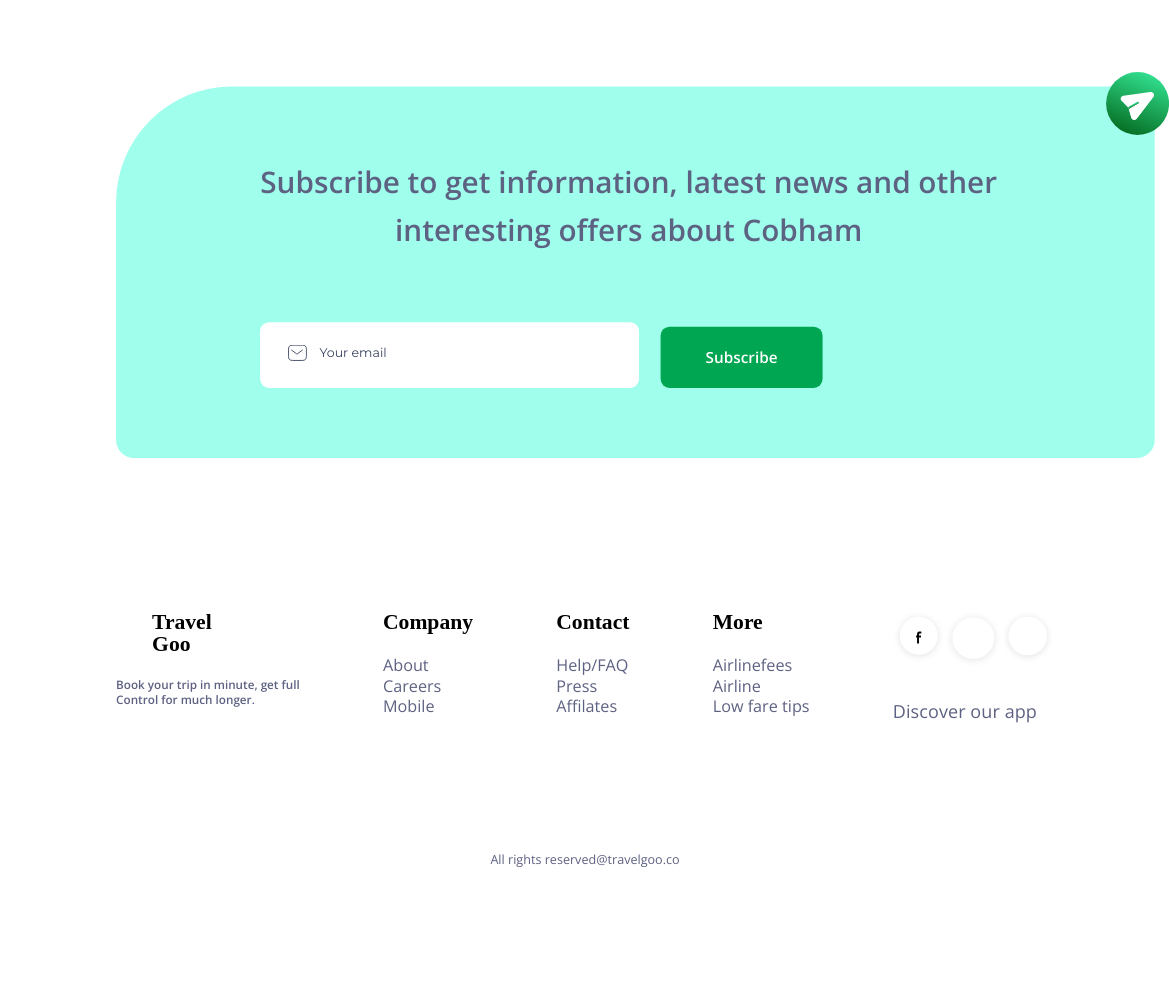
Repository: HeybetzadeQedim/task-5
Page: index.html
These files come from the project's save history. The page is drawn as it stood at one moment and after the next save; the edit follows.
The browser window is 1280 px wide. The page is 1299 px wide, so the pictures cover 1299 px, including what lies to the right of the window. The pictures show the whole page, at 90% of full size.
Some web fonts or font styles are not loaded; a fallback is used.

Above is the page before, as saved 2023-10-16 16:10:32.

After the next save:
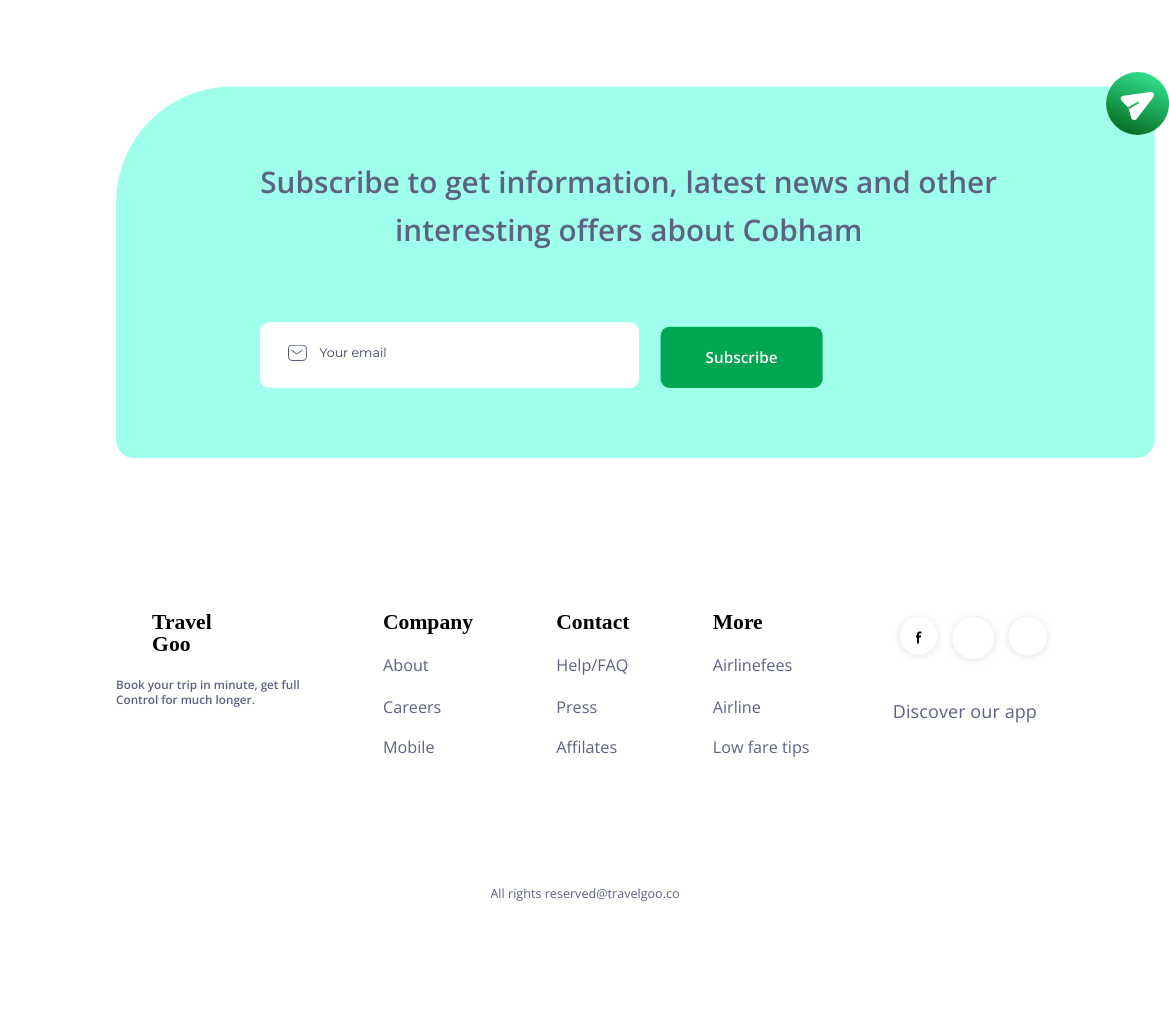
Saved 6 s later.
--- a/index.css
+++ b/index.css
@@ -111,7 +111,7 @@ ul  h2{
 
 
  ul li  {
-
+  margin-bottom: 23px;
   list-style-type: none;
   color: var(--TEXT-CLR, #5e6282);
   font-family: Open Sans;
